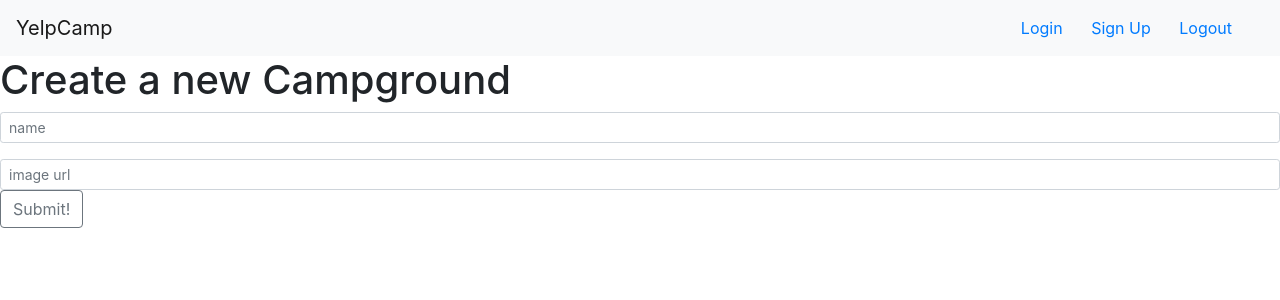
Repository: manojsatya/YelpCamp
Page: http://localhost/campgrounds/new
These files come from the project's save history. The page is drawn as it stood at one moment and after the next save; the edit follows.
The browser window is 1280 px wide. The pictures show the whole page.
The page is served by the project's Node server (app.js).

Above is the page before, as saved 2019-06-14 17:59:29.
Console error: TypeError: Cannot read properties of undefined (reading 'fn')

### views/new.ejs
<% include partials/header %>



<h1>Create a new Campground</h1>

<form action="/campgrounds" method="POST">
    <div class="form-group">
        <input class="form-control form-control-sm" type="text" name="name" id="" placeholder="name">
    </div>

    <input class="form-control form-control-sm" type="text" name="image" id="" placeholder="image url">
    <button class="btn btn-outline-secondary"> Submit!</button>

</form>

<% include partials/footer %>

### views/partials/header.ejs
<!DOCTYPE html>
<html lang="en">
<head>
    <meta charset="UTF-8">
    <meta name="viewport" content="width=device-width, initial-scale=1.0">
    <meta http-equiv="X-UA-Compatible" content="ie=edge">
    <title>YelpCamp</title>
    <link rel="stylesheet" href="https://stackpath.bootstrapcdn.com/bootstrap/4.3.1/css/bootstrap.min.css">
</head>
<body>
        <nav class="navbar navbar-light bg-light">
                <a class = "navbar-brand" href="">YelpCamp</a>
                <div class="navbar-right mr-sm-2">
                    <a class = "mr-sm-4" href="">Login</a>
                    <a class = "mr-sm-4" href="">Sign Up</a>
                    <a class = "mr-sm-4" href="">Logout</a>
                </div>

            </nav>

        <script src="https://stackpath.bootstrapcdn.com/bootstrap/4.3.1/js/bootstrap.min.js"></script>

### app.js
var express = require("express");
var app = express();
var bodyParser = require("body-parser");

app.use(bodyParser.urlencoded({extended: true}));
app.set("view engine", "ejs");

var campgrounds = [
    {name: "Manoj Satya", image: "https://static.rootsrated.com/image/upload/s--_i1nqUT1--/t_rr_large_traditional/oy9xsbijv8wehnrzv0zt.jpg"},
    {name: "Shradha Shiv", image: "https://encrypted-tbn0.gstatic.com/images?q=tbn:ANd9GcQ5b9dOfcfle_RwfdPS21qwfn5kcQ_BfHuL4uoVApARc1INLCfp"},
    {name: "Meghana", image: "http://hudsonshope.ca/wp-content/uploads/2016/10/Inflatable-Boat.jpg"},
    {name: "Manoj Satya", image: "https://static.rootsrated.com/image/upload/s--_i1nqUT1--/t_rr_large_traditional/oy9xsbijv8wehnrzv0zt.jpg"},
    {name: "Shradha Shiv", image: "https://encrypted-tbn0.gstatic.com/images?q=tbn:ANd9GcQ5b9dOfcfle_RwfdPS21qwfn5kcQ_BfHuL4uoVApARc1INLCfp"},
    {name: "Meghana", image: "http://hudsonshope.ca/wp-content/uploads/2016/10/Inflatable-Boat.jpg"},
    {name: "Manoj Satya", image: "https://static.rootsrated.com/image/upload/s--_i1nqUT1--/t_rr_large_traditional/oy9xsbijv8wehnrzv0zt.jpg"},
    {name: "Shradha Shiv", image: "https://encrypted-tbn0.gstatic.com/images?q=tbn:ANd9GcQ5b9dOfcfle_RwfdPS21qwfn5kcQ_BfHuL4uoVApARc1INLCfp"},
    {name: "Meghana", image: "http://hudsonshope.ca/wp-content/uploads/2016/10/Inflatable-Boat.jpg"},
    {name: "Manoj Satya", image: "https://static.rootsrated.com/image/upload/s--_i1nqUT1--/t_rr_large_traditional/oy9xsbijv8wehnrzv0zt.jpg"},
    {name: "Shradha Shiv", image: "https://encrypted-tbn0.gstatic.com/images?q=tbn:ANd9GcQ5b9dOfcfle_RwfdPS21qwfn5kcQ_BfHuL4uoVApARc1INLCfp"},
    {name: "Meghana", image: "http://hudsonshope.ca/wp-content/uploads/2016/10/Inflatable-Boat.jpg"}
]

app.get("/", function(req, res){
    res.render("landing");
});

app.get("/campgrounds", function(req, res){
    res.render("campgrounds",{campgrounds:campgrounds});
});

app.post("/campgrounds", function(req, res){
    //get data from form and add to campground array
    var name = req.body.name;
    var image = req.body.image;
    var newCampground = {name: name, image: image};
    campgrounds.push(newCampground);
    //redirect back to campgrounds page
    res.redirect("/campgrounds");
});

app.get("/campgrounds/new", function(req, res){
    res.render("new.ejs");
});


app.listen(3000, function(){
    console.log("The YelpCamp Server has started");
});

Loaded but not shown: views/partials/footer.ejs (no stored copy; drawn as an empty file)

After the next save:
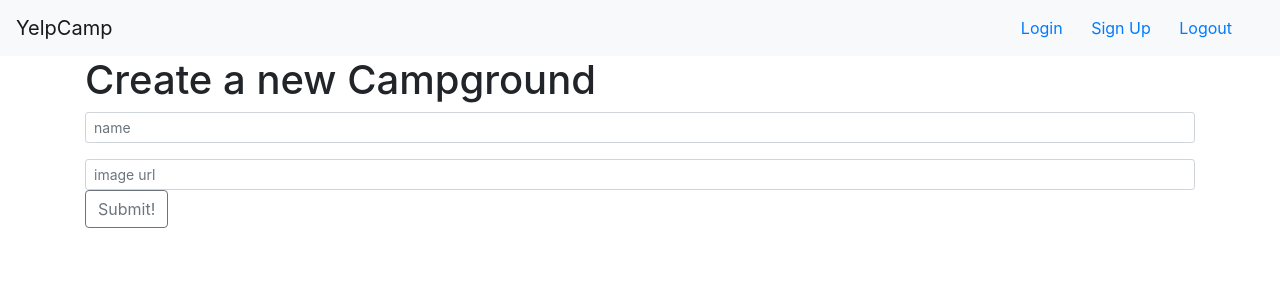
Saved 55 s later.
--- a/views/new.ejs
+++ b/views/new.ejs
@@ -1,17 +1,20 @@
 <% include partials/header %>
 
 
+<div class="container">
 
-<h1>Create a new Campground</h1>
+    <h1>Create a new Campground</h1>
 
-<form action="/campgrounds" method="POST">
-    <div class="form-group">
-        <input class="form-control form-control-sm" type="text" name="name" id="" placeholder="name">
-    </div>
+    <form action="/campgrounds" method="POST">
+        <div class="form-group">
+            <input class="form-control form-control-sm" type="text" name="name" id="" placeholder="name">
+        </div>
 
-    <input class="form-control form-control-sm" type="text" name="image" id="" placeholder="image url">
-    <button class="btn btn-outline-secondary"> Submit!</button>
+        <input class="form-control form-control-sm" type="text" name="image" id="" placeholder="image url">
+        <button class="btn btn-outline-secondary"> Submit!</button>
 
-</form>
+    </form>
+
+</div>
 
 <% include partials/footer %>
